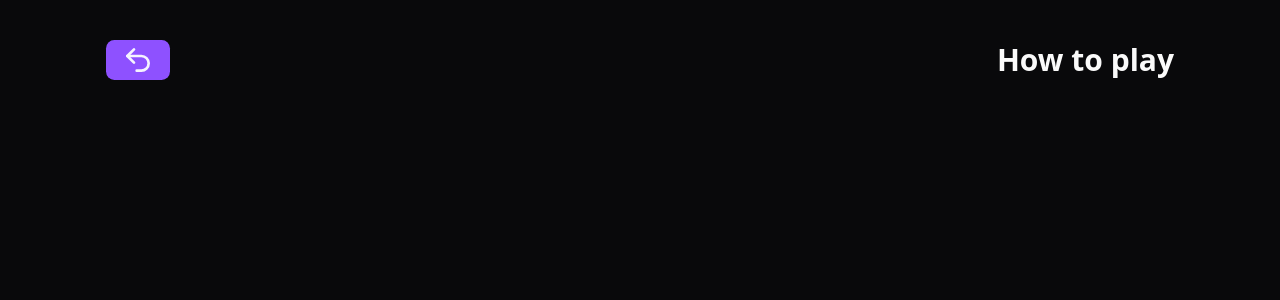
Repository: usmanov16/8-oy-6-dars
Page: /instruction
An editor plug-in stored every save of this project. The page is shown before and after the next save, followed by the edit.
The browser window is 1280 px wide. The pictures show the whole page.
The page's requests for data from a server got no answer. The project was rebuilt for these pictures with package versions that can differ from the ones it lists, and the page was loaded fresh each time. No one was signed in, and anything a server would have sent is missing. Also part of the build but not shown: vite.config.ts, src/pages/Home.tsx.

Above is the page before, as saved 2025-11-06 22:15:01.

After the next save:
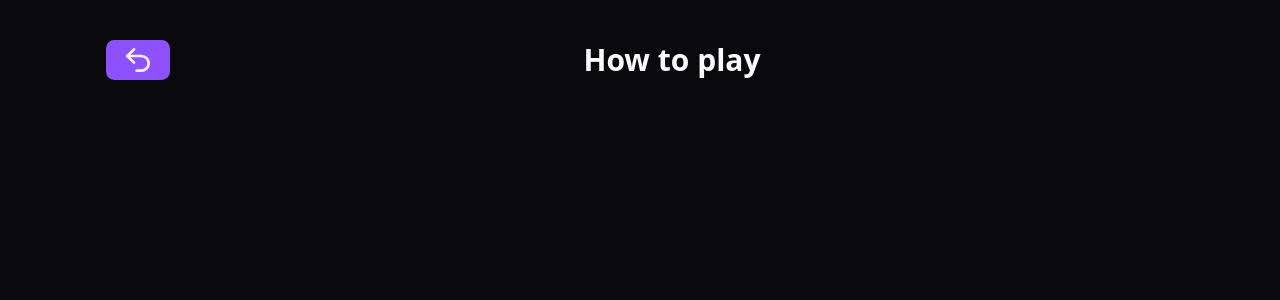
Saved 17 s later.
--- a/src/pages/Document.tsx
+++ b/src/pages/Document.tsx
@@ -28,6 +28,7 @@ function Document() {
             <Undo2 />
             </Button>
             <h2 className="text-3xl font-bold   ">How to play</h2>
+            <span></span>
         </div>
       <div className="container grid grid-cols-1 gap-6 lg:grid-cols-3">
         {data &&
